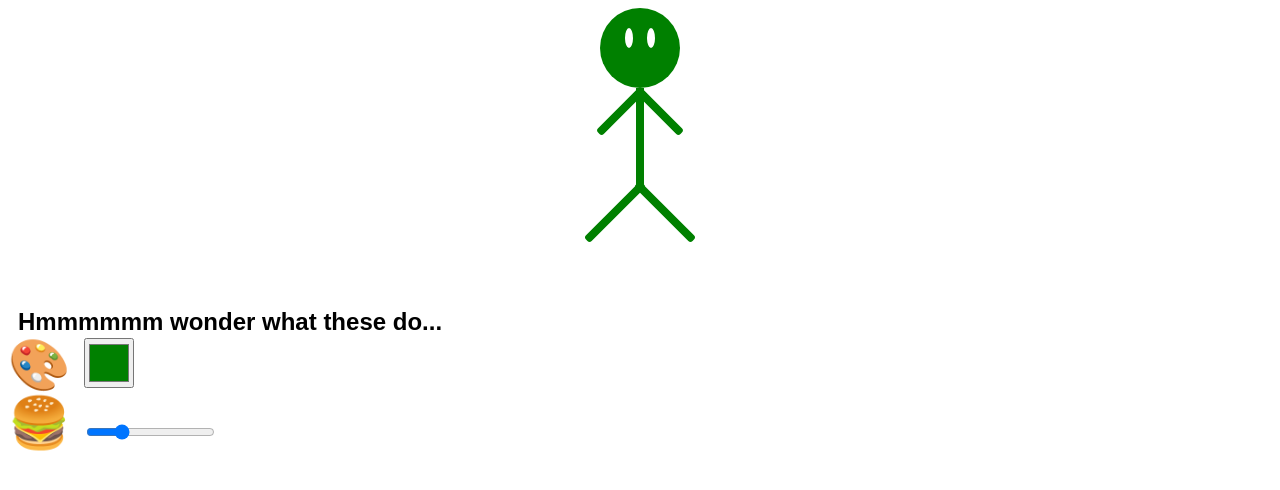
Repository: popcorn245/stick-universe
Page: index.html
The author's editor kept a copy of each file at every save. The page is drawn from the files as they stood at one save, then again after the next save.
The browser window is 1280 px wide. The pictures show the whole page.

Above is the page before, as saved 2021-11-25 23:04:08.

After the next save:
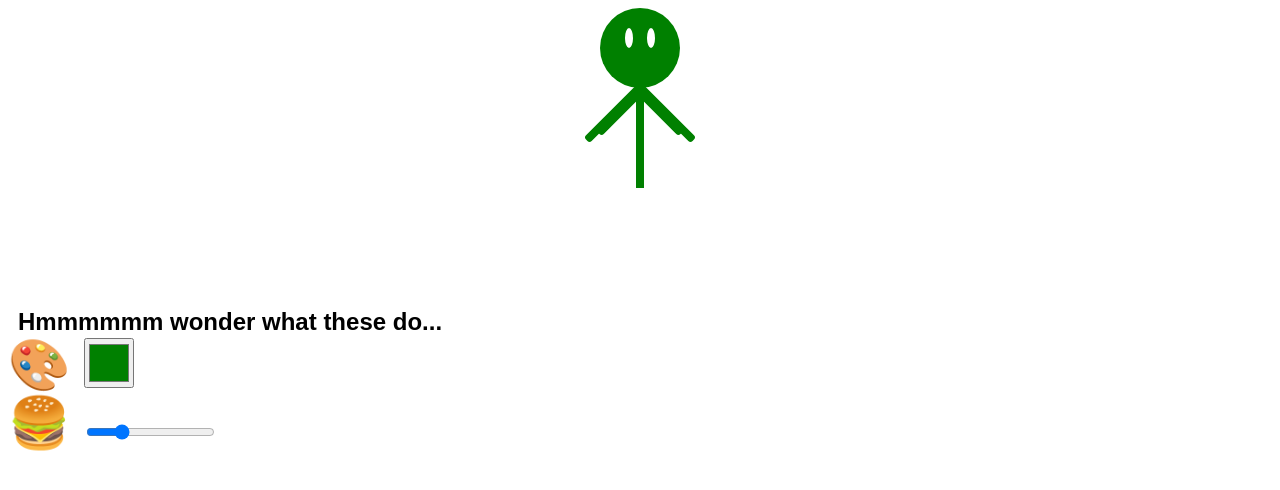
Saved 3 min 54 s later.
--- a/index.html
+++ b/index.html
@@ -100,7 +100,7 @@
       }
 
       #stickman .leg {
-        top: 200px;
+        top: 100px;
         width: 80px;
       }
 
